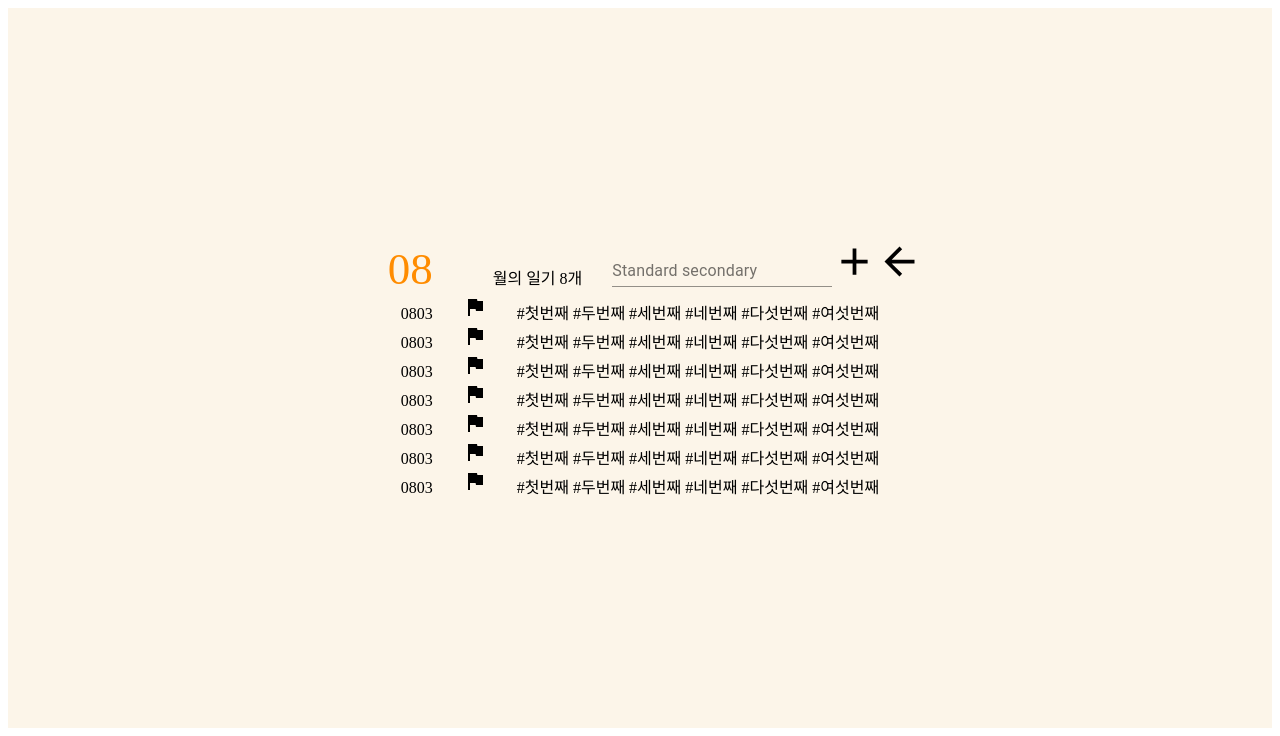
Repository: IMHANA/diary
Page: /list
An editor plug-in stored every save of this project. The page is shown before and after the next save, followed by the edit.
The browser window is 1280 px wide. The pictures show the whole page.
The project was rebuilt for these pictures with package versions that can differ from the ones it lists, and the page was loaded fresh each time. Also part of the build but not shown: src/App.css, src/pages/Main/main.js, src/pages/Month/month.js.

Above is the page before, as saved 2021-08-05 17:32:36.

After the next save:
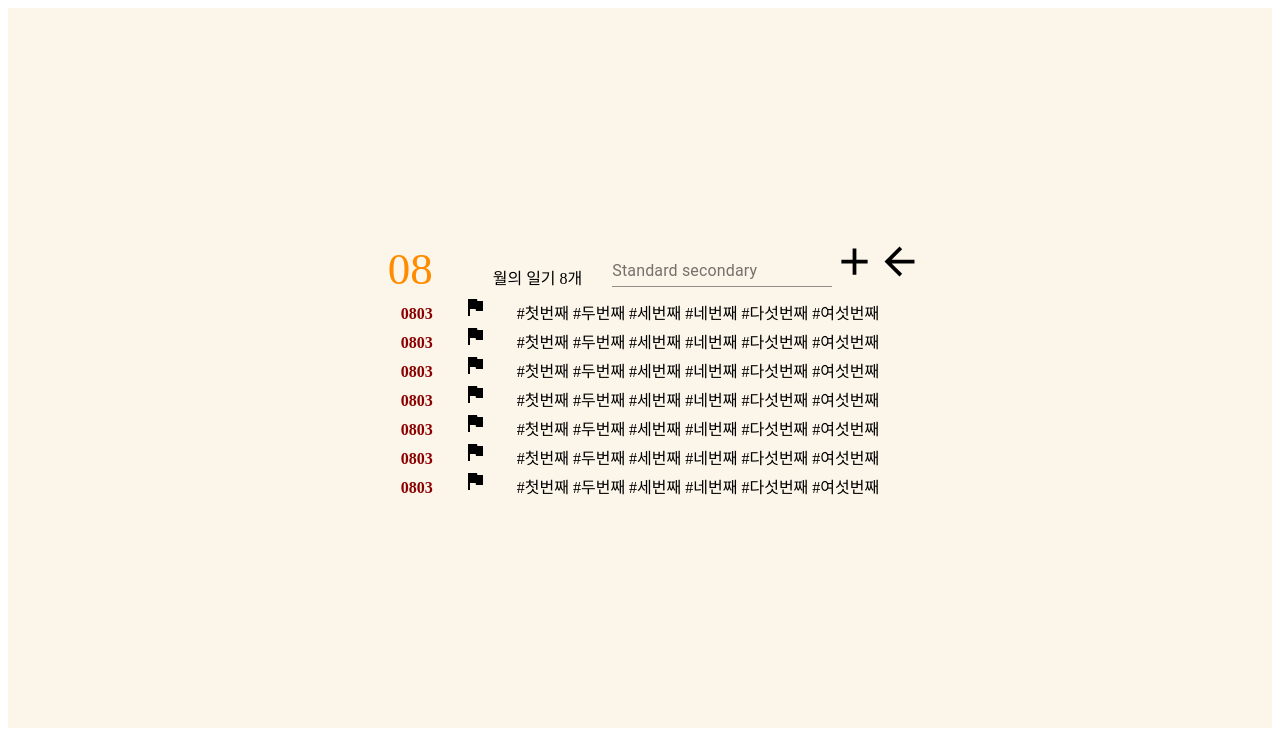
Saved 106 s later.
--- a/src/pages/DayList/dayList.js
+++ b/src/pages/DayList/dayList.js
@@ -19,37 +19,37 @@ export default class dayList extends Component {
                     ></div>
                     <div>
                         <div className='list_box'>
-                            <span>0803</span>
+                            <span className='date'>0803</span>
                             <Flag/>
                             <span>#첫번째 #두번째 #세번째 #네번째 #다섯번째 #여섯번째</span>
                         </div>
                         <div>
-                            <span>0803</span>
+                            <span className='date'>0803</span>
                             <Flag/>
                             <span>#첫번째 #두번째 #세번째 #네번째 #다섯번째 #여섯번째</span>
                         </div>
                         <div>
-                            <span>0803</span>
+                            <span className='date'>0803</span>
                             <Flag/>
                             <span>#첫번째 #두번째 #세번째 #네번째 #다섯번째 #여섯번째</span>
                         </div>
                         <div>
-                            <span>0803</span>
+                            <span className='date'>0803</span>
                             <Flag/>
                             <span>#첫번째 #두번째 #세번째 #네번째 #다섯번째 #여섯번째</span>
                         </div>
                         <div>
-                            <span>0803</span>
+                            <span className='date'>0803</span>
                             <Flag/>
                             <span>#첫번째 #두번째 #세번째 #네번째 #다섯번째 #여섯번째</span>
                         </div>
                         <div>
-                            <span>0803</span>
+                            <span className='date'>0803</span>
                             <Flag/>
                             <span>#첫번째 #두번째 #세번째 #네번째 #다섯번째 #여섯번째</span>
                         </div>
                         <div>
-                            <span>0803</span>
+                            <span className='date'>0803</span>
                             <Flag/>
                             <span>#첫번째 #두번째 #세번째 #네번째 #다섯번째 #여섯번째</span>
                         </div>
